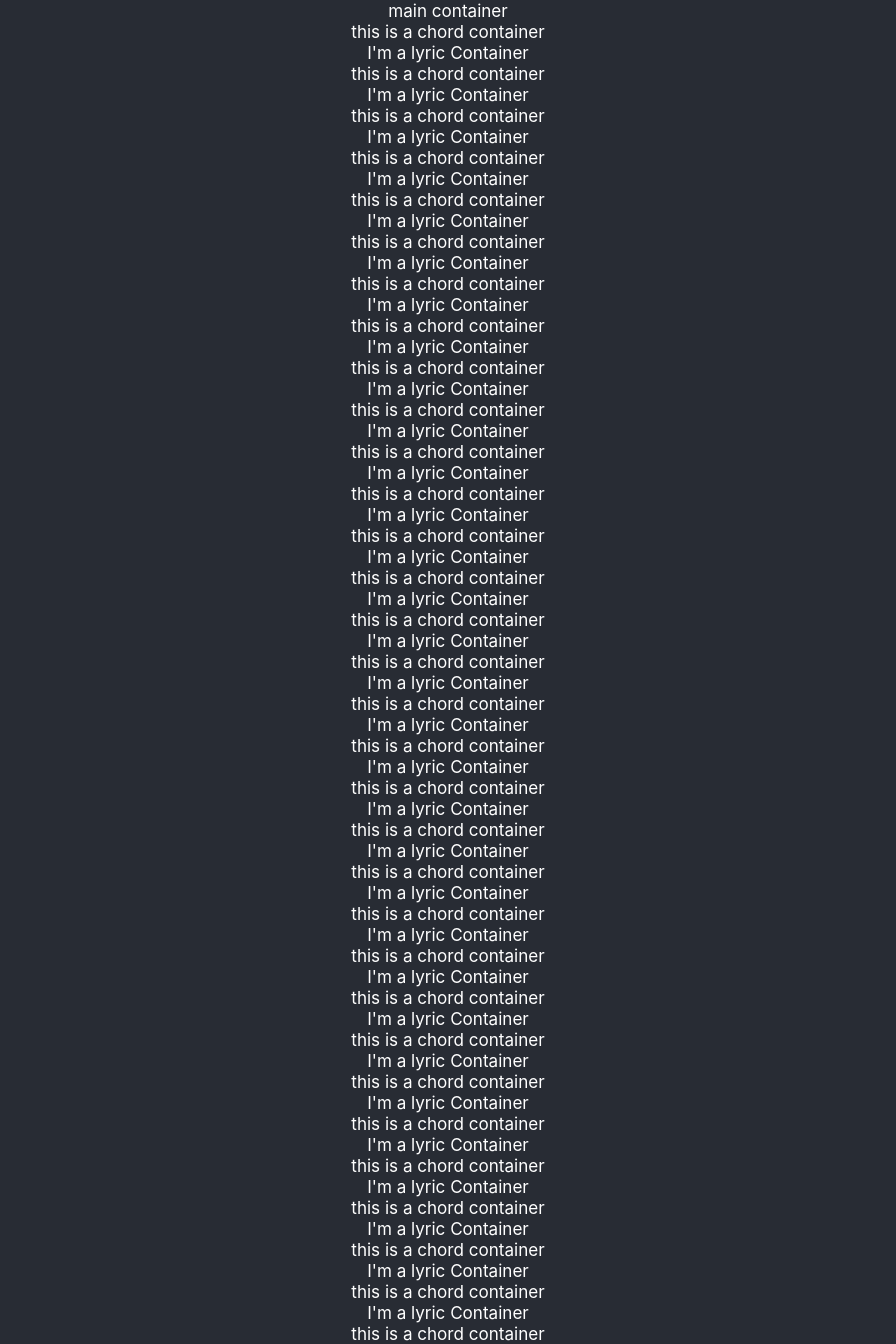
Repository: mattnoth/easy-nash-tab
Page: /
These files come from the project's save history. The page is drawn as it stood at one moment and after the next save; the edit follows.
The browser window is 1280 px wide. The pictures show the part of the page from y = 0 to 1920 px (the page is 2670 px tall), at 70% of full size.
The project was rebuilt for these pictures with package versions that can differ from the ones it lists, and the page was loaded fresh each time.

Above is the page before, as saved 2022-08-06 17:14:21.

### src/App.js
import './App.css';
import MainContainerLogic from './components/MainContainers/MainContainerLogic.js';

function App() {
  return (
    <div className="App">
      <header className="App-header">
        <MainContainerLogic />
      </header>
    </div>
  );
}

export default App;

### src/components/MainContainers/MainContainerLogic.js
import { useState } from "react";
import React from 'react';
import { bennieAndTheJets } from '../../data/BennieAndTheJets'
import Main from '../MainContainers/Main.js'


function MainContainerLogic(props) {

    const [fullLyricString, setFullLyricsString] = useState('')
    const [lyricArray, setLyricArray] = useState([])
    const [currentLine, setCurrentLine] = useState([]);

    const splitLyrics = (lyrics) => {
        const arr = lyrics.split(/\r?\n/);
        setLyricArray(arr);
    }

    const createObject = (lyrics) => {
        let obj = {};
        let arr = [];

        for (let i = 0; i < lyrics.length; i++) {
            obj = {
                lyric: lyrics[i],
                currentId: i
            }
            arr.push(obj)
        }
        return arr;
    }

    if (fullLyricString == '') {
        setFullLyricsString(bennieAndTheJets);
    }

    if (fullLyricString && lyricArray.length === 0) {
        splitLyrics(fullLyricString);
    }

    let tempLyrics;

    if (lyricArray.length > 0) {
        if (lyricArray[0]) {
            return;
        } else {
            tempLyrics = createObject(lyricArray);

        }
    }

    if (tempLyrics) {
        tempLyrics.map((line) => {
            currentLine.push(line);
        })
    }

    return (
        <>
            <div className="mainContainer">
                main container
                {
                    currentLine.map((line) => {
                        if (line?.currentId === 0) {
                            return
                        } else {
                            return (
                                <div key={"div " + line?.currentId}>
                                    <Main
                                        line={line}
                                        key={"main " + line?.currentId}
                                    />
                                </div>

                            )
                        }
                    })
                }
            </div>
        </>
    );
}

export default MainContainerLogic;

### src/data/BennieAndTheJets.js
export const bennieAndTheJets = `
Hey kids, shake it loose together
The spotlight's hitting something
That's been known to change the weather
We'll kill the fatted calf tonight
So stick around
You're gonna hear electric music
Solid walls of sound
Say, Candy and Ronnie, have you seen them yet
Ohh, but they're so spaced out, B-b-b-b Bennie and the Jets
Oh but they're weird and they're wonderful
Oh Bennie she's really keen
She's got electric boots a mohair suit
You know I read it in a magazine
Oh oh, B - b - b - b Bennie and the Jets
Bennie, Bennie and the Jets
Hey kids, plug into the faithless
Maybe they're blinded
But Bennie makes them ageless
We shall survive, let us take ourselves along
Where we fight our parents out in the streets
To find who's right and who's wrong
Say, Candy and Ronnie, have you seen them yet
Ohh, but they're so spaced out, B-b-b-b Bennie and the Jets
Oh but they're weird and they're wonderful
Oh Bennie she's really keen
She's got electric boots a mohair suit
You know I read it in a magazine
Oh oh, B - b - b - b Bennie and the Jets
Bennie, Bennie and the Jets
Hey kids, plug into the faithless
Maybe they're blinded
But Bennie makes them ageless
We shall survive, let us take ourselves along
Where we fight our parents out in the streets
To find who's right and who's wrong
Say, Candy and Ronnie, have you seen them yet
Ohh, but they're so spaced out, B-b-b-b Bennie and the Jets
Oh but they're weird and they're wonderful
Oh Bennie she's really keen
She's got electric boots a mohair suit
You know I read it in a magazine
Oh oh, B - b - b - b Bennie and the Jets
Bennie, Bennie, Bennie, Bennie and the Jets
Bennie and the Jets`

### src/components/MainContainers/Main.js
import React from 'react';
import ChordContainer from '../ChordContainer/ChordContainer.js';
import LyricContainer from '../LyricContainer/LyricContainer.js'

function Main({ line }) {
    return (
        <>
            {/* <p>{line?.currentId}</p>
            <p>{line?.lyric}</p> */}
            <ChordContainer line={line} />
            <LyricContainer line={line} />
        </>
    );
}

export default Main;

### src/components/ChordContainer/ChordContainer.js
import React from 'react';

function ChordContainer(props) {
    return (
        <div>
            this is a chord container
        </div>
    );
}

export default ChordContainer;

### src/components/LyricContainer/LyricContainer.js
import React from 'react';

function LyricContainer(props) {
    return (
        <div> I'm a lyric Container
        </div>
    );
}

export default LyricContainer;

Loaded but not shown: public/index.html (common file); src/index.js (common file); src/index.css (common file); src/reportWebVitals.js (common file); src/App.css (common file)

After the next save:
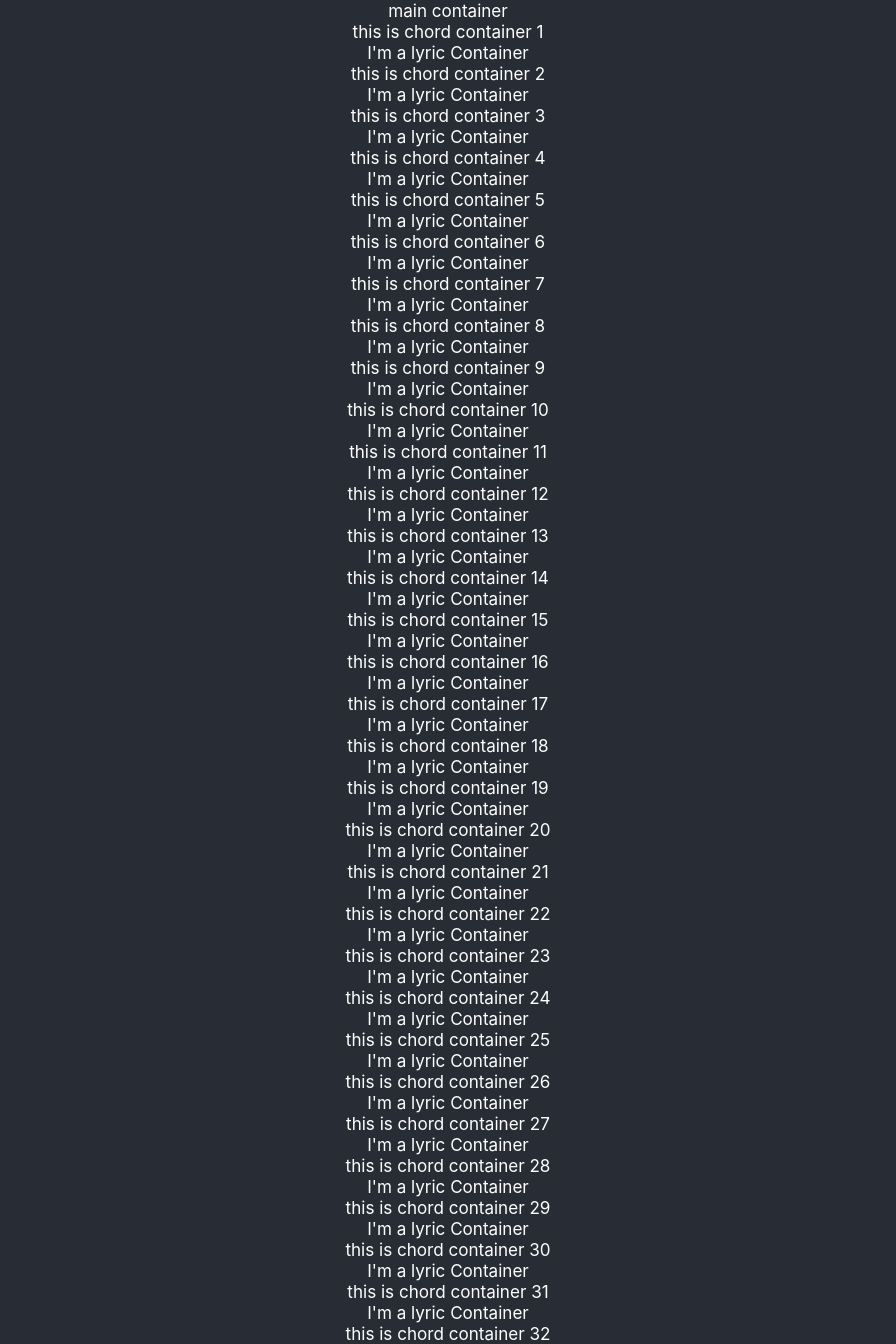
Saved 23 s later.
--- a/src/components/ChordContainer/ChordContainer.js
+++ b/src/components/ChordContainer/ChordContainer.js
@@ -1,9 +1,9 @@
 import React from 'react';
 
-function ChordContainer(props) {
+function ChordContainer({ line }) {
     return (
         <div>
-            this is a chord container
+            this is chord container {line?.currentId}
         </div>
     );
 }
